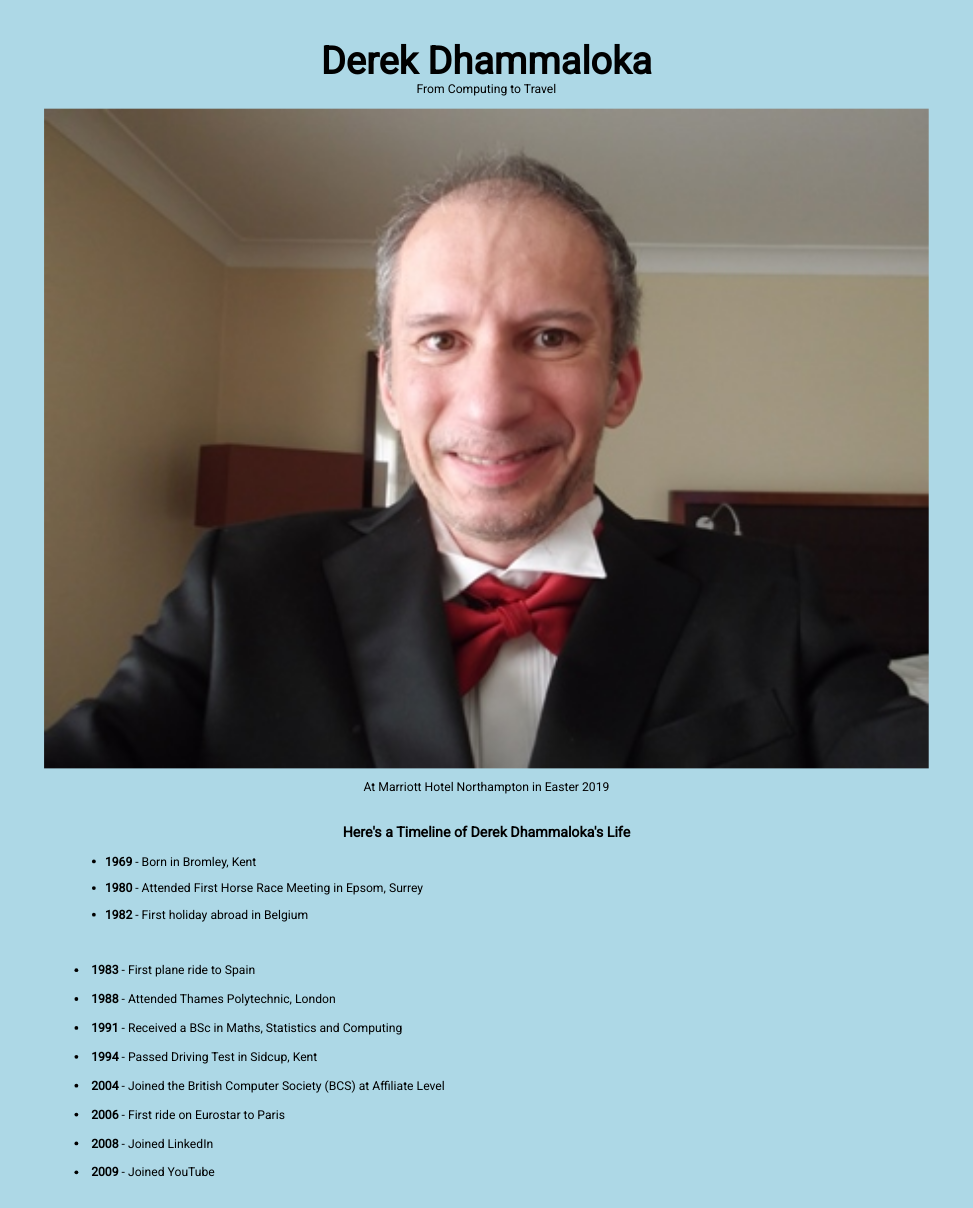
Repository: derektypist/tribute-page
Page: index.html
The author's editor kept a record of every edit. The page is drawn from the files as they stood at one moment, then again after the next edit.
The browser window is 1280 px wide. The pictures show the whole page, at 76% of full size.

Above is the page before.

After the next edit:
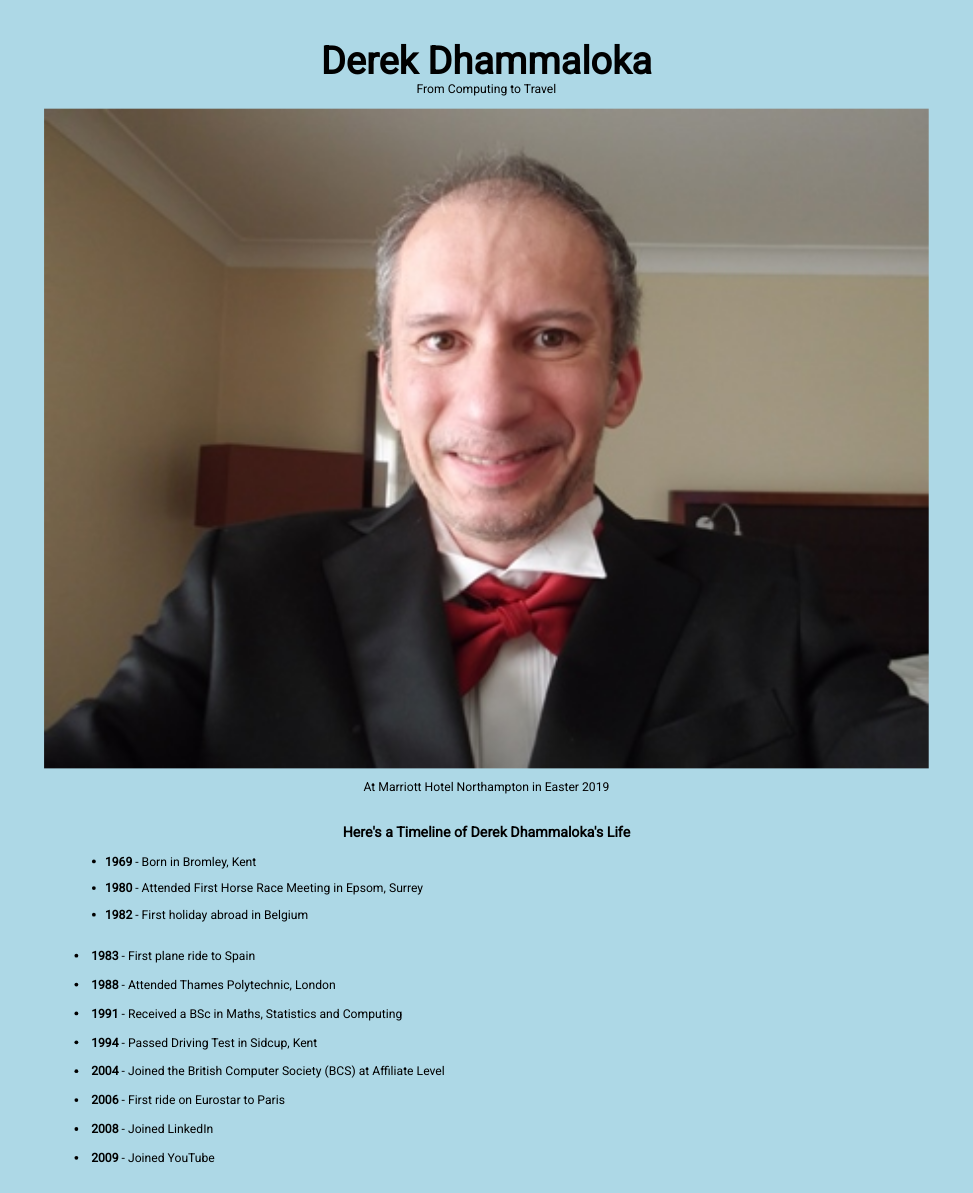
The edit:
--- a/index.html
+++ b/index.html
@@ -94,7 +94,7 @@
                     <li><strong>1982 </strong>- First holiday abroad in Belgium</li>
                 </ul>
 
-                <br><br>
+                <br>
                 <li><strong>1983 </strong>- First plane ride to Spain</li>
                 <br>
                 <li><strong>1988 </strong>- Attended Thames Polytechnic, London</li>
